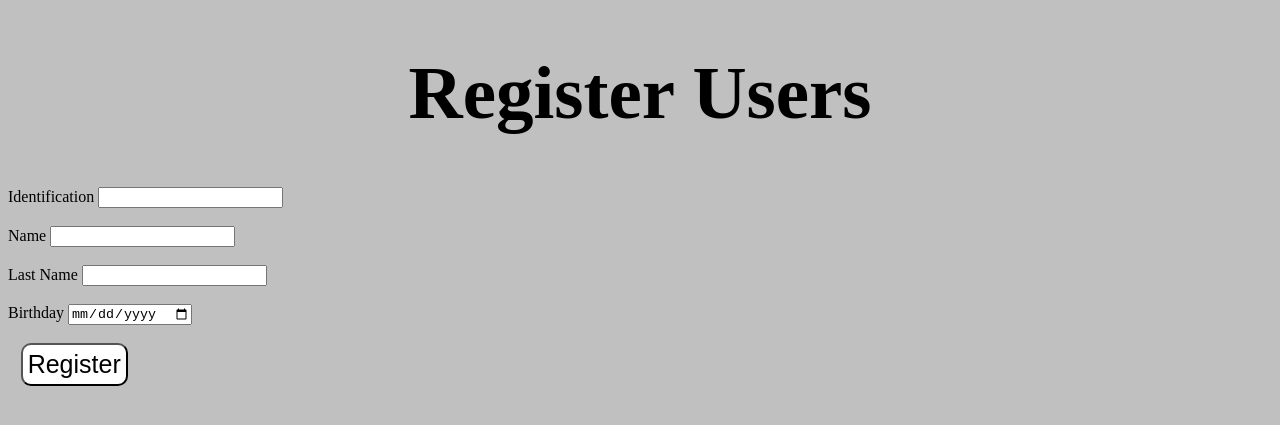
Repository: Grupo7cloud/app-cym-7
Page: http://localhost/register_page
The author's editor kept a record of every edit. The page is drawn from the files as they stood at one moment, then again after the next edit.
The browser window is 1280 px wide. The pictures show the whole page.
The page is served by the project's application, run on Flask 3 (server.py).

Above is the page before.

### templates/register.html
<!DOCTYPE html>
<html>
    <head>
        <meta http-equiv="content-type" content="text/html; charset=utf-8" />
        <title>Web Pague</title>
        <link rel="stylesheet" href="../static/css/styleRegister.css" type="text/css" />
        <script src="../static/js/appRegister.js" type="text/javascript" charset="utf-8"></script>
    </head>
    <body>
        <h1>Register Users</h1>
        <form action="/register_user" method="post">
            <label>Identification</label> <input type="number" name="id"/> <br> <br>
            <label>Name</label> <input type="text" name="name" /> <br> <br>
            <label>Last Name</label> <input type="text" name="lastname" /> <br> <br>
            <label>Birthday</label> <input type="date" name="birthday" /> <br> <br>
            <button>Register</button>
        </form>
    </body>
</html>

### server.py
from flask import Flask, render_template

app = Flask(__name__)

@app.route("/")
def home_page():
    return render_template("home.html")

@app.route ("/register_page")
def register_page():
    return render_template("register.html")

@app.route("/register_user", methods=["post"])
def register_user():
    id = request.form["id"]
    Name = request.form["Name"]
    Last_Name = request.form["Last_Name"]
    Birthday = request.form["Birthday"]
    print(id, Name, LastName, Birthday)
    return "Ok"

if __name__ == "__main__":
    host = '0.0.0.0'
    port = '8080'
    app.run(host, port)

### static/css/styleRegister.css
h1   {
    text-align: center;
    font-size: 75px;
    font-family: cursive;
}
div {
    text-align: center;
}
button {
    text-align: center;
    font-size: 25px;
    background-color: white;
    color:  black;
    border-radius: 10px;
    padding: 5px;
    margin-left: 1%;
    margin-right: 1%;
}
body{
    background-color: silver;
}
from {
    text-align: center;
}

### static/js/appRegister.js
function registerUser(){
   alert("Boton de registar usuario clickeado")
}

After the next edit:
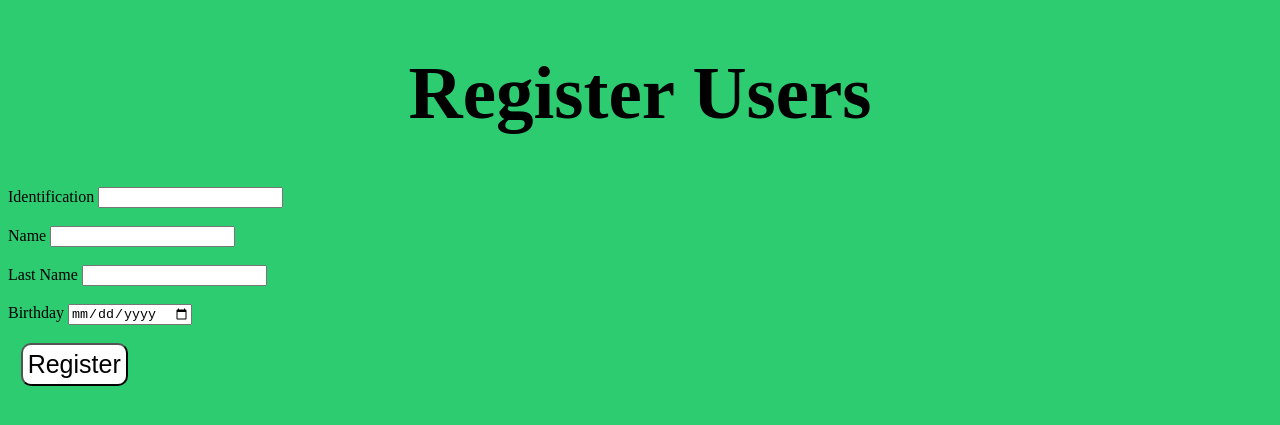
The edit:
--- a/static/css/styleRegister.css
+++ b/static/css/styleRegister.css
@@ -17,7 +17,7 @@
     margin-right: 1%;
 }
 body{
-    background-color: silver;
+    background-color: #2ECC71;
 }
 from {
     text-align: center;
